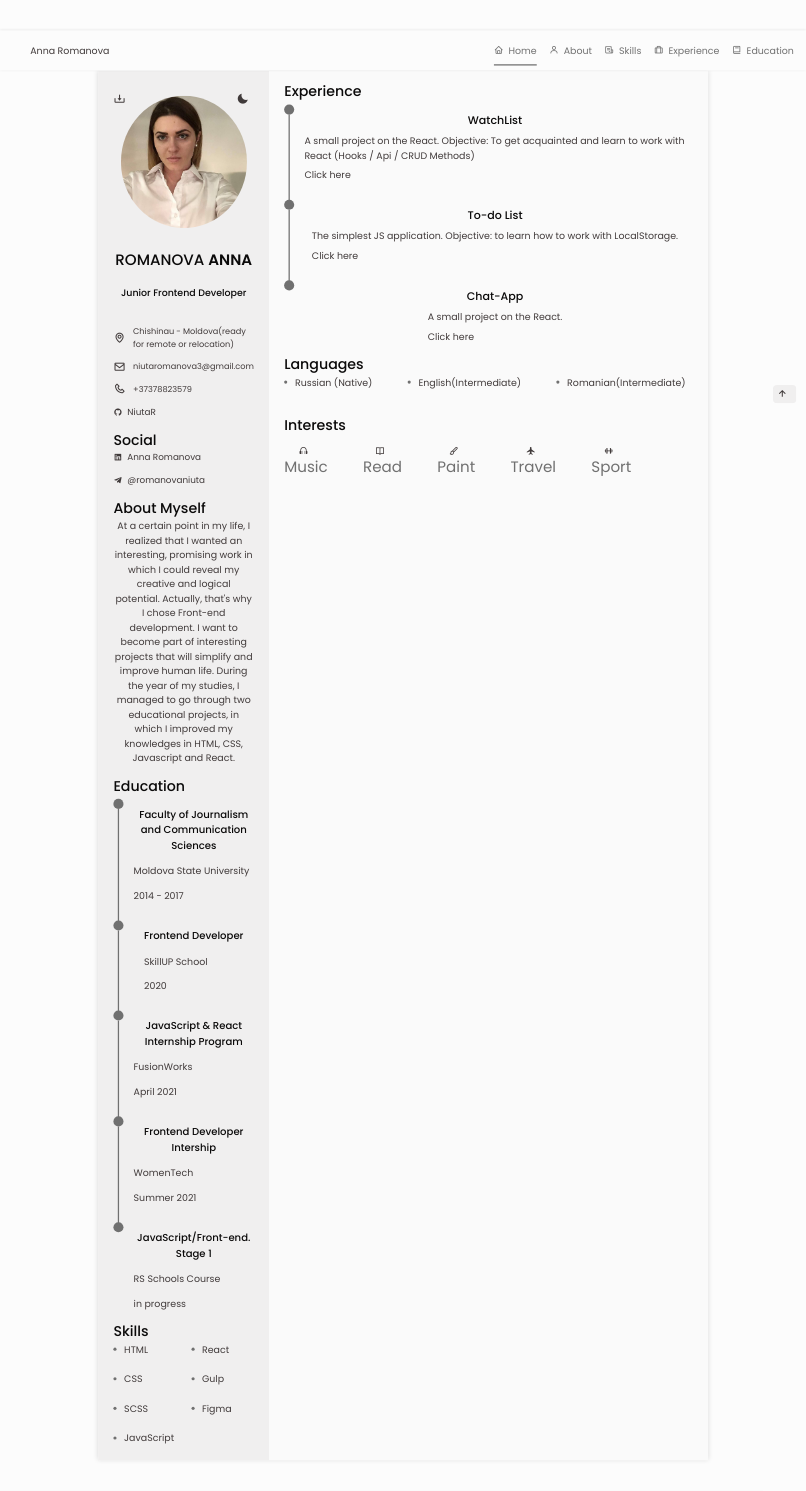
Repository: NiutaR/rsschool-cv
Page: index.html
An editor plug-in stored every save of this project. The page is shown before and after a run of saves, followed by the edit.
The browser window is 1280 px wide. The pictures show the whole page, at 63% of full size.

Above is the page before, as saved 2021-09-19 19:28:26.

After the next 2 saves:
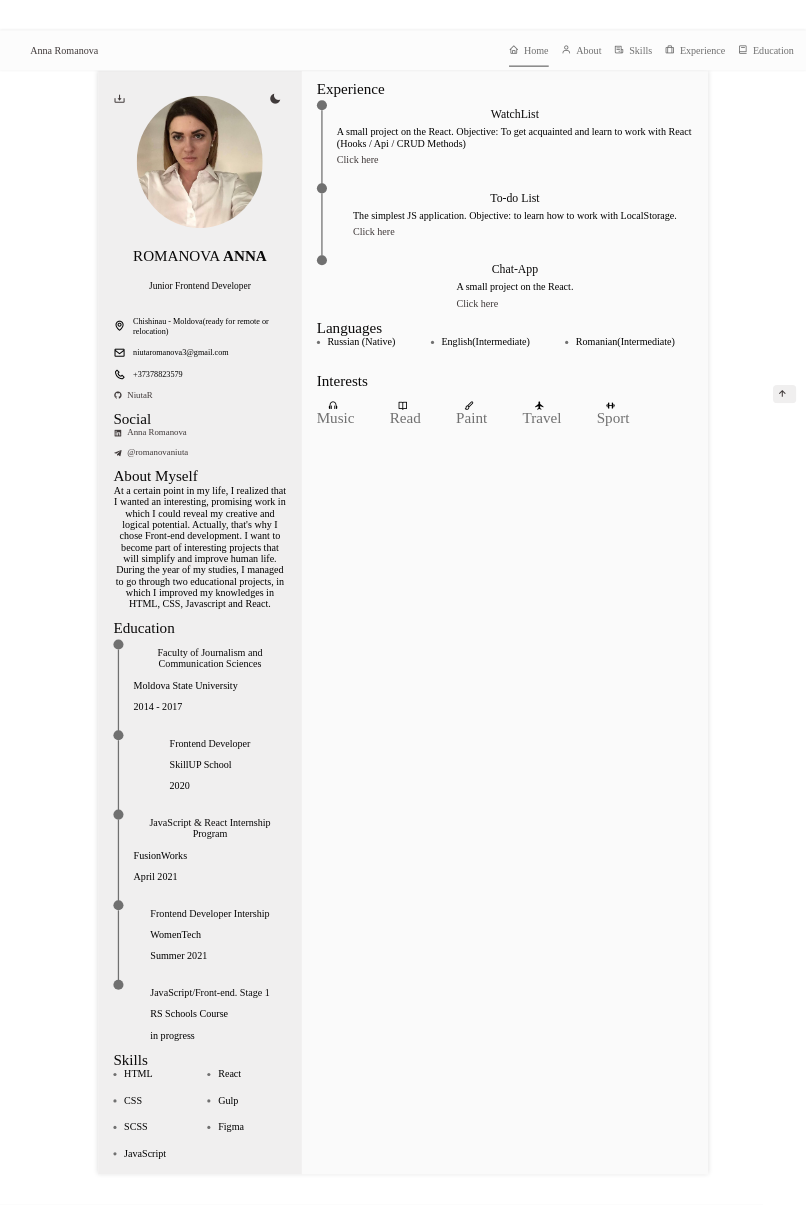
The 2 saves are shown as one change because they came seconds apart.
The last was saved 43 s later.
--- a/src/style.css
+++ b/src/style.css
@@ -55,6 +55,7 @@ body.scale-cv {
 }
 /*========== Classes modified to reduce size and print on A4 sheet ==========*/
 
+.scale-cv
 body {
     margin: 0 0 var(--header-height) 0;
     padding: 0;
